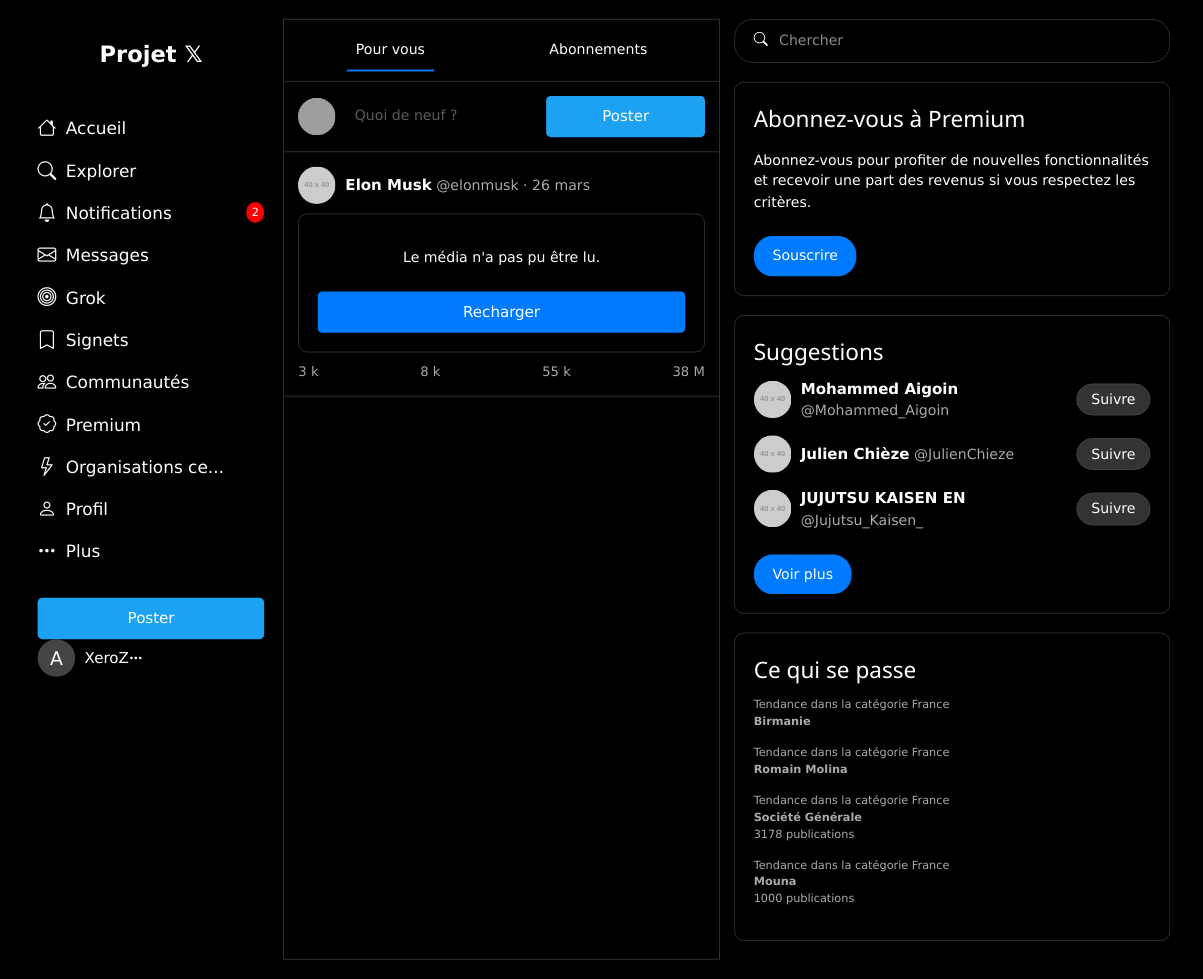
Repository: barriefl/ProjetX_BARRIER_MAULINE_MARQUES-FELIX_SERVONNET
Page: front/index.html
These files come from the project's save history. The page is drawn as it stood at one moment and after the next save; the edit follows.
The browser window is 1280 px wide. The pictures show the whole page, at 94% of full size.
Pictures or frames that could not be fetched are drawn as grey boxes.

Above is the page before, as saved 2025-03-28 09:37:32.

After the next save:
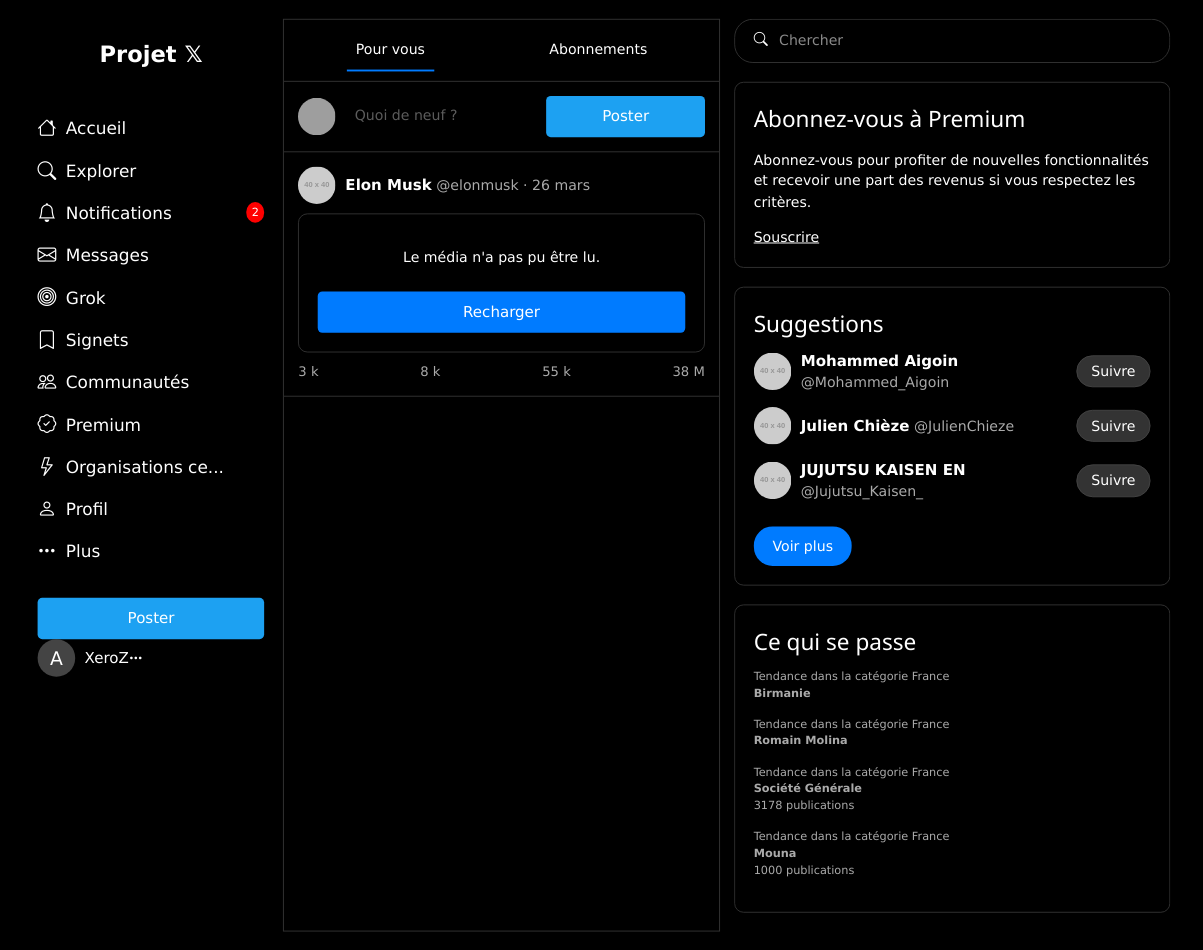
Saved 12 s later.
--- a/front/index.html
+++ b/front/index.html
@@ -134,7 +134,7 @@
           Abonnez-vous pour profiter de nouvelles fonctionnalités et recevoir
           une part des revenus si vous respectez les critères.
         </p>
-        <a href="#" class="button">Souscrire</a>
+        <a href="#" class="class="button-blue"">Souscrire</a>
       </div>
 
       <!-- Suggestions -->
